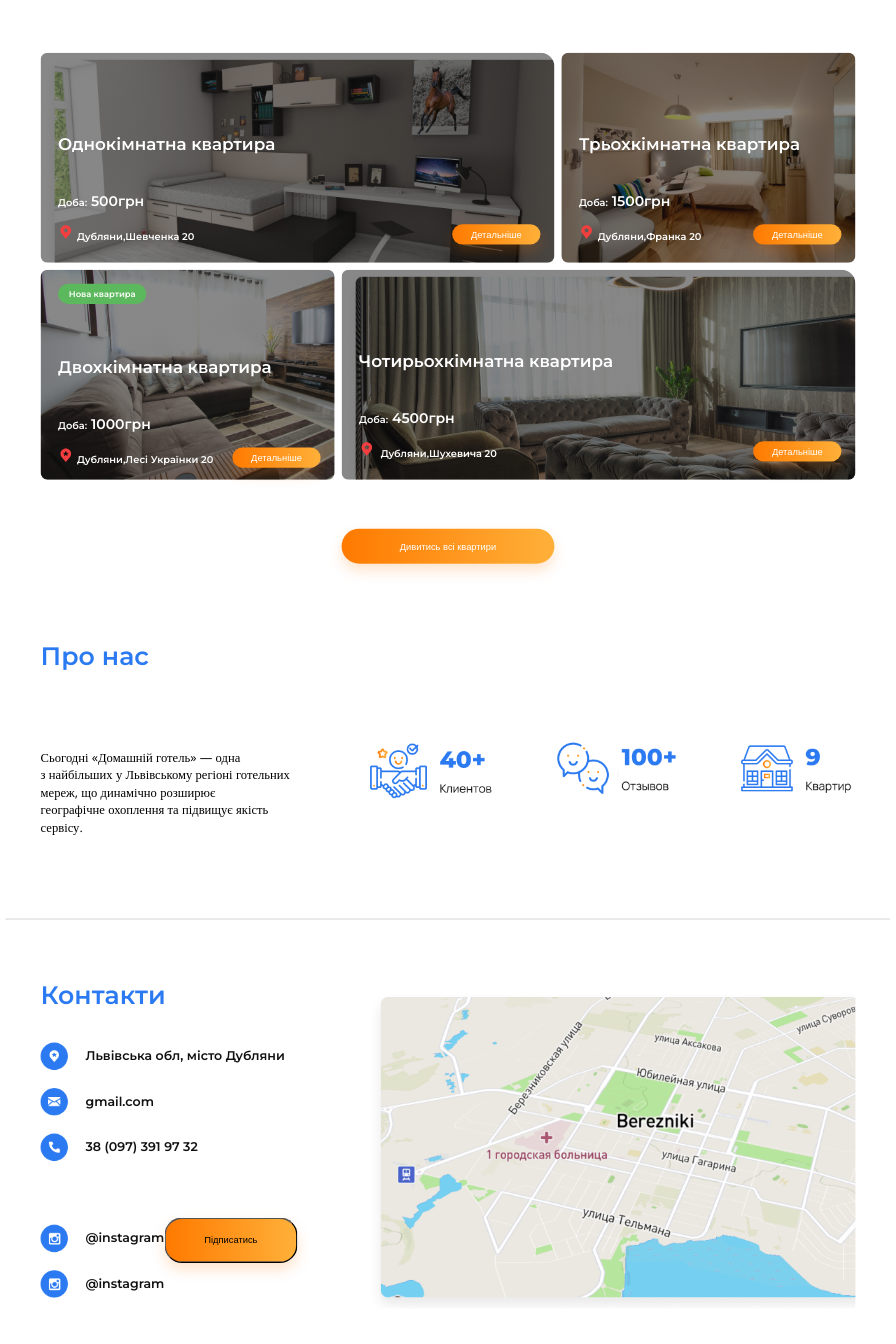
Repository: batonAnton/HW-7-grid
Page: index.html
The author's editor kept a copy of each file at every save. The page is drawn from the files as they stood at one save, then again after the next save.
The browser window is 1280 px wide. The pictures show the part of the page from y = 1095 to 3015 px (the page is 3015 px tall), at 70% of full size.

Above is the page before, as saved 2022-06-30 11:17:28.

After the next save:
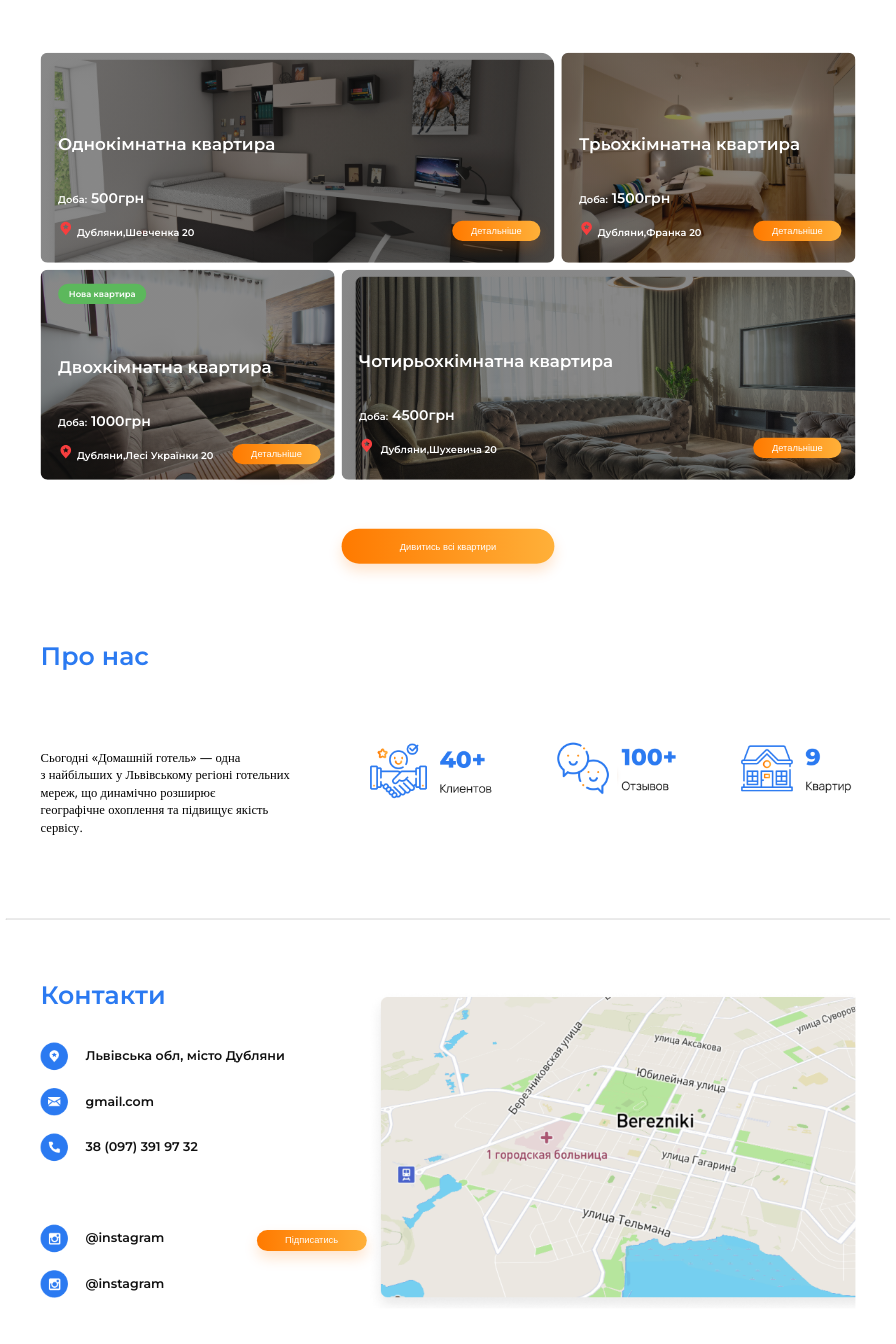
Saved 4 min 29 s later.
--- a/css/styles2.css
+++ b/css/styles2.css
@@ -328,7 +328,7 @@ header {
   font-size: 20px;
   line-height: 24px;
   color: #ffffff;
-  margin-top: 25px;
+  /* margin-top: 25px; */
   padding: 0px 45px 0px 25px;
 }
 
@@ -471,4 +471,10 @@ color: #111111;
   background: linear-gradient(89.77deg, #FF7A00 0.2%, #FFB039 99.82%);
 box-shadow: 0px 10px 20px rgba(255, 122, 0, 0.2);
 border-radius: 25px;
-}
+  width: 157px;
+  height: 30px;
+  border: none;
+  margin-left: auto;
+  align-self: center;
+  color: #ffffff;
+}
